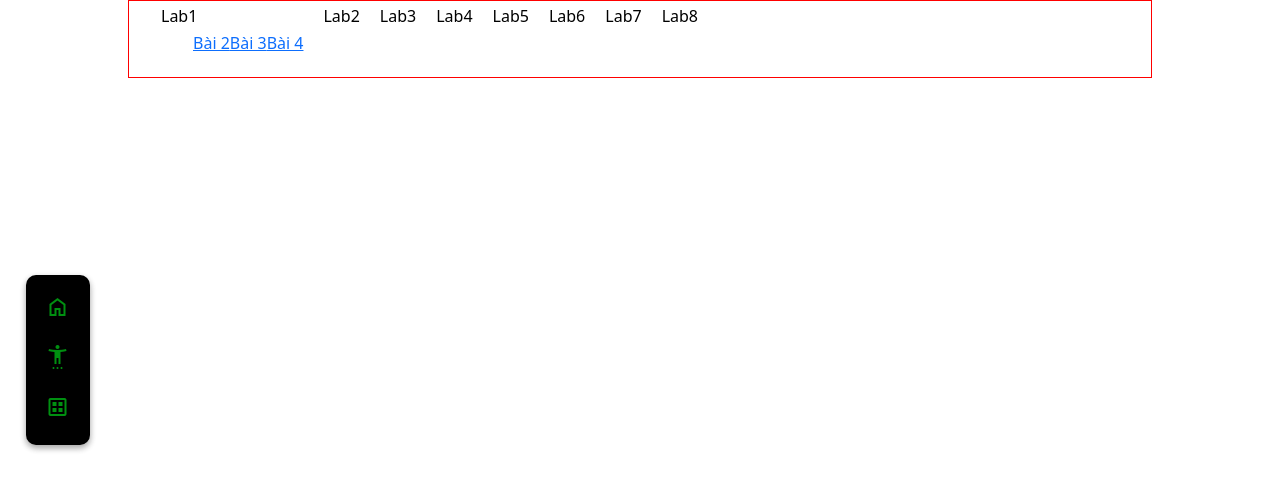
Repository: tuankiet10920/homeworkFEF
Page: /labs
The author's editor kept a copy of each file at every save. The page is drawn from the files as they stood at one save, then again after the next save.
The browser window is 1280 px wide. The pictures show the whole page.
The project was rebuilt for these pictures with package versions that can differ from the ones it lists, and the page was loaded fresh each time. Also part of the build but not shown: vite.config.js, src/components/HelloWorld.vue, src/Labs/Lab1/Bai2.vue, src/views/HomeView.vue.

Above is the page before, as saved 2024-10-22 15:53:35.

### index.html
<!doctype html>
<html lang="en">
  <head>
    <meta charset="UTF-8" />
    <link rel="icon" href="/favicon.ico" />
    <meta name="viewport" content="width=device-width, initial-scale=1.0" />
    <link
      href="https://cdn.jsdelivr.net/npm/bootstrap@5.3.3/dist/css/bootstrap.min.css"
      rel="stylesheet"
      integrity="sha384-QWTKZyjpPEjISv5WaRU9OFeRpok6YctnYmDr5pNlyT2bRjXh0JMhjY6hW+ALEwIH"
      crossorigin="anonymous"
    />
    <link
      rel="stylesheet"
      href="https://fonts.googleapis.com/css2?family=Material+Symbols+Outlined:opsz,wght,FILL,GRAD@20..48,100..700,0..1,-50..200"
    />
    <title>Vite App</title>
    <link rel="stylesheet" href="./src/assets/css/main.css" />
  </head>
  <body>
    <div id="app"></div>
    <script
      src="https://cdn.jsdelivr.net/npm/bootstrap@5.3.3/dist/js/bootstrap.bundle.min.js"
      integrity="sha384-YvpcrYf0tY3lHB60NNkmXc5s9fDVZLESaAA55NDzOxhy9GkcIdslK1eN7N6jIeHz"
      crossorigin="anonymous"
    ></script>
    <script type="module" src="/src/main.js"></script>
  </body>
</html>

### src/assets/css/main.css
* {
  margin: 0;
  padding: 0;
  box-sizing: border-box;
  text-decoration: none;
  color: #000;
  font-size: 16px;
}

### src/App.vue
<script setup>
import { RouterLink, RouterView } from 'vue-router'
import HelloWorld from './components/HelloWorld.vue'
import Icon from './components/Icon.vue'
</script>

<template>
  <header>
    <div class="wrapper">
      <nav>
        <RouterLink to="/">
          <Icon iconName="home" />
        </RouterLink>

        <RouterLink to="/about">
          <Icon iconName="settings_accessibility" />
        </RouterLink>

        <RouterLink to="/labs">
          <Icon iconName="dataset" />
        </RouterLink>
      </nav>
    </div>
  </header>
  <RouterView />
</template>

<style scoped>
.wrapper nav a {
  margin-bottom: 20px;
  width: fit-content;
  text-decoration: none;
}
.wrapper nav a span {
  color: #009011;
}
.wrapper nav a:last-child {
  margin-bottom: 0;
}
nav {
  display: flex;
  flex-direction: column;
  justify-content: center;
  position: absolute;
  top: 50%;
  left: 2%;
  transform: translateY(-50%);
  padding: 20px;
  border-radius: 10px;
  background: #000;
  box-shadow:
    rgba(0, 0, 0, 0.16) 0px 3px 6px,
    rgba(0, 0, 0, 0.23) 0px 3px 6px;
}
</style>

### src/router/index.js
import { createRouter, createWebHistory } from 'vue-router'
import HomeView from '../views/HomeView.vue'

const router = createRouter({
  history: createWebHistory(import.meta.env.BASE_URL),
  routes: [
    {
      path: '/',
      name: 'home',
      component: HomeView,
    },
    {
      path: '/about',
      name: 'about',
      // route level code-splitting
      // this generates a separate chunk (About.[hash].js) for this route
      // which is lazy-loaded when the route is visited.
      component: () => import('../views/AboutView.vue'),
    },
    {
      path: '/labs',
      name: 'labs',
      component: () => import('../views/LabView.vue'),
    },
    // cac bai labs

    // Lab 1
    {
      path: '/bai2lab1',
      name: 'bai2lab1',
      component: () => import('../Labs/Lab1/Bai2.vue'),
    },
    {
      path: '/bai3lab1',
      name: 'bai3lab1',
      component: () => import('../Labs/Lab1/Bai3.vue'),
    },
    {
      path: '/bai4lab1',
      name: 'bai4lab1',
      component: () => import('../Labs/Lab1/Bai4.vue'),
    },
  ],
})

export default router

### src/components/Icon.vue
<script setup>
const props = defineProps(['iconName'])
</script>
<template>
  <span class="material-symbols-outlined"> {{ props.iconName }} </span>
</template>
<style scoped></style>

### src/views/LabView.vue
<script src></script>
<template>
  <header>
    <nav>
      <ul>
        <li>
          Lab1
          <ul>
            <li>
              <RouterLink to="/bai2lab1">Bài 2</RouterLink>
              <RouterLink to="/bai3lab1">Bài 3</RouterLink>
              <RouterLink to="/bai4lab1">Bài 4</RouterLink>
            </li>
          </ul>
        </li>
        <li>Lab2</li>
        <li>Lab3</li>
        <li>Lab4</li>
        <li>Lab5</li>
        <li>Lab6</li>
        <li>Lab7</li>
        <li>Lab8</li>
      </ul>
    </nav>
  </header>
</template>
<style scoped>
header {
  width: 100%;
  display: flex;
  justify-content: center;
}
nav {
  width: 80%;
  border: 1px solid red;
}
li {
  list-style: none;
  padding: 3px 10px;
}
li:first-child {
  padding-left: 0px;
}
li:last-child {
  padding-right: 0px;
}
ul {
  display: flex;
}
</style>

Loaded but not shown: src/main.js (common file)

After the next save:
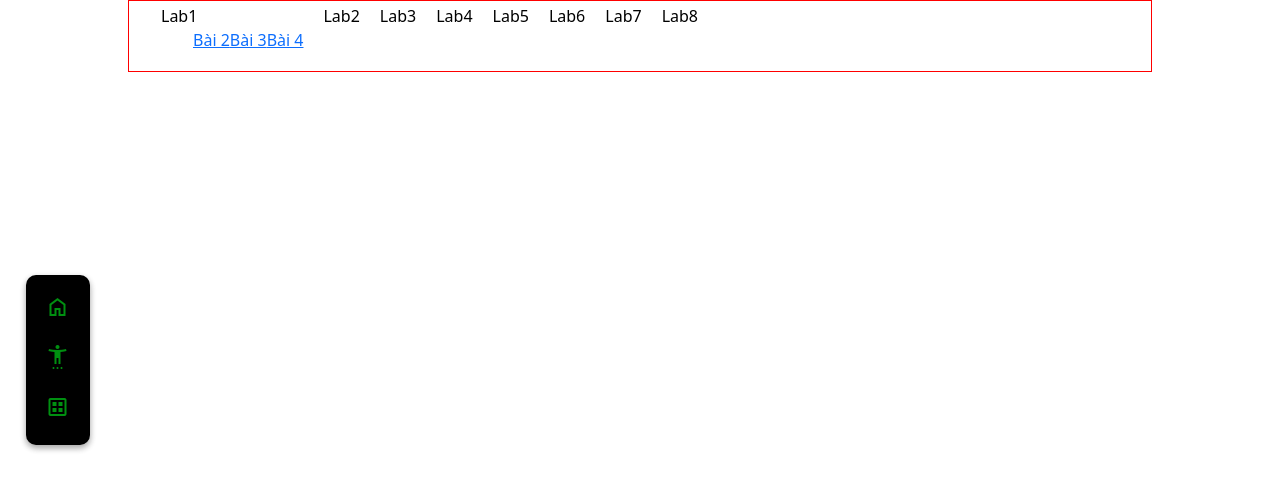
Saved 100 s later.
--- a/src/views/LabView.vue
+++ b/src/views/LabView.vue
@@ -2,8 +2,8 @@
 <template>
   <header>
     <nav>
-      <ul>
-        <li>
+      <ul class="ul-first">
+        <li class="li-first">
           Lab1
           <ul>
             <li>
@@ -13,13 +13,13 @@
             </li>
           </ul>
         </li>
-        <li>Lab2</li>
-        <li>Lab3</li>
-        <li>Lab4</li>
-        <li>Lab5</li>
-        <li>Lab6</li>
-        <li>Lab7</li>
-        <li>Lab8</li>
+        <li class="li-first">Lab2</li>
+        <li class="li-first">Lab3</li>
+        <li class="li-first">Lab4</li>
+        <li class="li-first">Lab5</li>
+        <li class="li-first">Lab6</li>
+        <li class="li-first">Lab7</li>
+        <li class="li-first">Lab8</li>
       </ul>
     </nav>
   </header>
@@ -36,15 +36,17 @@ nav {
 }
 li {
   list-style: none;
+}
+.li-first {
   padding: 3px 10px;
 }
-li:first-child {
+.li-first:first-child {
   padding-left: 0px;
 }
-li:last-child {
+.li-first:last-child {
   padding-right: 0px;
 }
-ul {
+.ul-first {
   display: flex;
 }
 </style>
